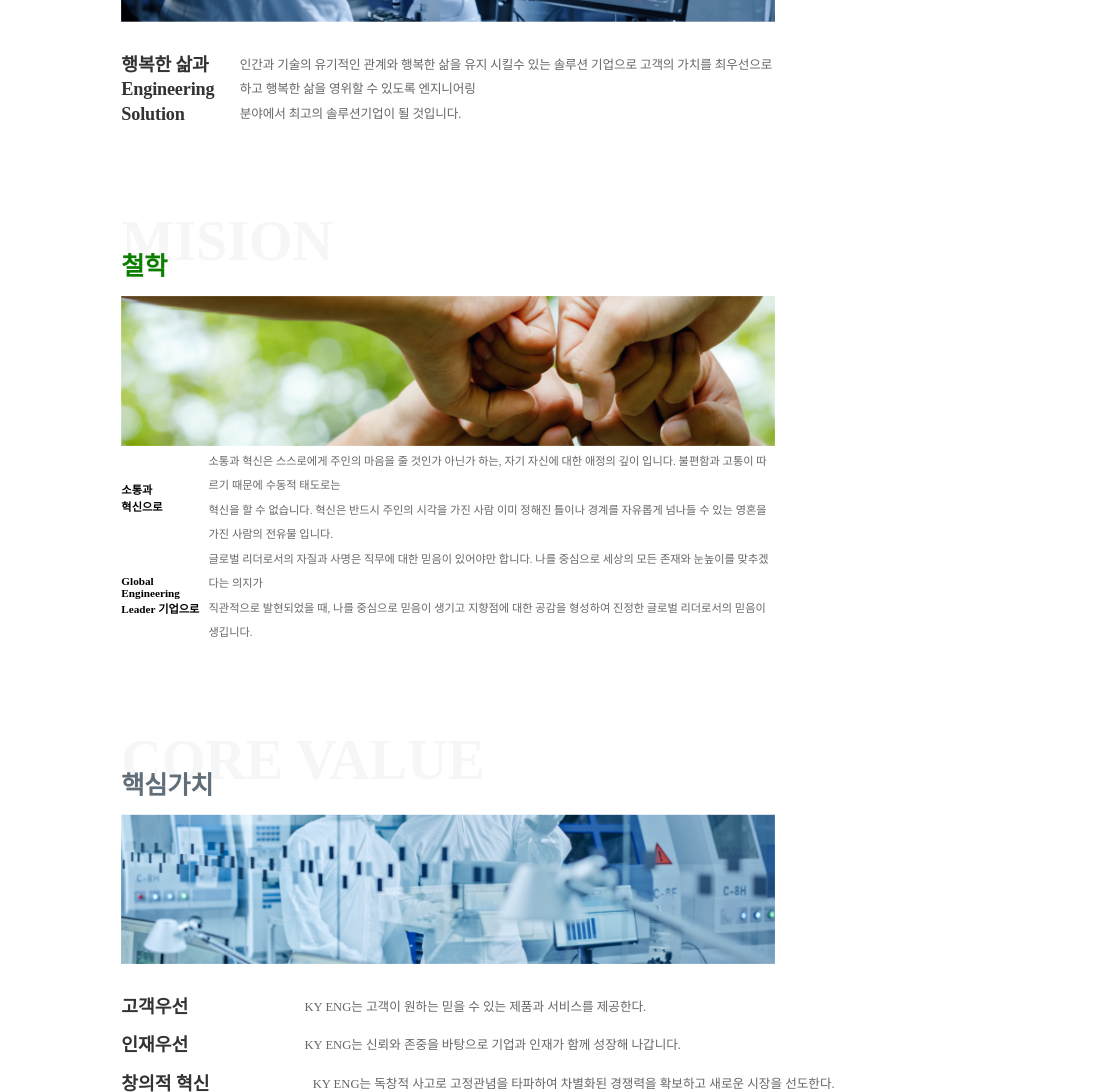
Repository: wogml3270/kumyoungENG
Page: sub/about/about_company.html
The author's editor kept a copy of each file at every save. The page is drawn from the files as they stood at one save, then again after the next save.
The browser window is 1280 px wide. The page is 1564 px wide, so the pictures cover 1564 px, including what lies to the right of the window. The pictures show the part of the page from y = 1130 to 2690 px (the page is 3033 px tall), at 70% of full size.
Some web fonts or font styles are not loaded; a fallback is used.

Above is the page before, as saved 2022-07-25 14:28:00.

### sub/about/about_company.html
<!DOCTYPE html>
<html lang="ko">
    <head>
        <meta charset="UTF-8" />
        <meta http-equiv="X-UA-Compatible" content="ie=edge" />
        <meta name="viewport" content="width=device-width, initial-scale=1.0" />
        <link rel="stylesheet" href="./../css/reset.css" />
        <link rel="stylesheet" href="./../css/about_company.css" />
        <link rel="stylesheet" href="./../css/about_banner.css">
        <link rel="stylesheet" href="./../css/snb_bar.css">
        <link rel="stylesheet" href="../../css/header.css">
        <link rel="stylesheet" href="../../css/footer.css">
        <link rel="stylesheet" href="/css/media.css">
        <script src="https://ajax.googleapis.com/ajax/libs/jquery/3.5.1/jquery.min.js"></script>
        <script src="http://ajax.aspnetcdn.com/ajax/jQuery/jquery-1.12.4.min.js"></script>
        <script src="https://code.jquery.com/jquery-1.12.4.min.js"></script>
        <script src="../../js/script.js"></script>
        <script src="../../js/snb_bar.js"></script>
        <title>회사소개_기업정신</title>
    </head>
    <body>
        <div id="header"></div>
        <div id="wrap">
            <div class="about-banner">
                <p>KUM YOUNG ENG</p>
                <span></span>
                <h3>회사소개</h3>
                <!-- <img src="./../images/company-banner-image.png" alt="배너 이미지"> -->
            </div>

            <div class="snb">
                <a href="/">homeimg</a>

                    <ul class="snb_box">
                        <li><a href="">회사소개<img src="./../images/Vector 1.png" alt=""></a></li>
                        <li>
                            <a href="/sub/about/about_company.html">기업정신<img src="./../images/Vector 1.png" alt=""></a>
                            <ol class="lnb">
                                <li><a href="/sub/about/about_greeting.html">인사말</a></li>
                                <!-- <li><a href="/sub/about/about_company.html">기업정신</a></li> -->
                                <li><a href="/sub/about/about_management.html">경영이념</a></li>
                                <li><a href="">ESG경영</a></li>
                                <li><a href="/sub/about/about_history.html">연혁</a></li>
                                <li><a href="/sub/about/about_org.html">조직도</a></li>
                                <li><a href="/sub/about/about_branch.html">지사/해외법인</a></li>
                                <li><a href="/sub/about/about_wayto.html">오시는길</a></li>
                            </ol>
                        </li>
                    </ul>
              </div>

            <section id="mind">
                <h2>기업정신</h2>

                <article class="vision">
                    <h3>VISION</h3>
                    <h4>비전</h4>

                    <img src="./../images/vision-image.png" alt="행복한 삶과 Engineering Solution">


                    <div class="firsttx">
                        <p>
                            행복한 삶과 <br />
                            Engineering Solution
                        </p>

                        <p>
                            인간과 기술의 유기적인 관계와 행복한 삶을 유지 시킬수 있는 솔루션 기업으로
                            고객의 가치를 최우선으로 하고 행복한 삶을 영위할 수 있도록 엔지니어링 <br />
                            분야에서 최고의 솔루션기업이 될 것입니다.
                        </p>
                    </div>
                </article>

                <article class="mission">
                    <h3>MISION</h3>
                    <h4>철학</h4>
                    <img src="./../images/mission-image.png" alt="소통과 혁신으로 Global Engineering Leader 기업으로">

                    <table class="secondtx">
                        <tr>
                            <th>
                                소통과 <br />
                                혁신으로
                            </th>

                            <td>
                                소통과 혁신은 스스로에게 주인의 마음을 줄 것인가 아닌가 하는, 자기 자신에 대한 애정의 깊이 입니다.
                                불편함과 고통이 따르기 때문에 수동적 태도로는 <br />
                                혁신을 할 수 없습니다. 혁신은 반드시 주인의 시각을 가진 사람 이미 정해진 틀이나
                                경계를 자유롭게 넘나들 수 있는 영혼을 가진 사람의 전유물 입니다.
                            </td>
                        </tr>

                        <div>
                            <th>
                                Global Engineering <br />
                                Leader 기업으로
                            </th>

                            <td>
                                글로벌 리더로서의 자질과 사명은 직무에 대한 믿음이 있어야만 합니다.
                                나를 중심으로 세상의 모든 존재와 눈높이를 맞추겠다는 의지가 <br />
                                직관적으로 발현되었을 때, 나를 중심으로 믿음이 생기고 지향점에 대한 공감을 형성하여
                                진정한 글로벌 리더로서의 믿음이 생깁니다.
                            </td>
                        </div>
                    </table>
                </article>

                <article class="core_value">
                    <h3>CORE VALUE</h3>
                    <h4>핵심가치</h4>

                    <img src="./../images/value-image.png" alt="핵심가치">
                    <div class="thirdtx">
                        <dl>
                            <dt>고객우선</dt>
                            <dd>KY ENG는 고객이 원하는 믿을 수 있는 제품과 서비스를 제공한다.</dd>
                        </dl>
                        <dl>
                            <dt>인재우선</dt>
                            <dd>KY ENG는 신뢰와 존중을 바탕으로 기업과 인재가 함께 성장해 나갑니다.</dd>
                        </dl>
                        <dl>
                            <dt>창의적 혁신</dt>
                            <dd>KY ENG는 독창적 사고로 고정관념을 타파하여 차별화된 경쟁력을 확보하고 새로운 시장을 선도한다.</dd>
                        </dl>
                        <dl>
                            <dt>변화선도</dt>
                            <dd>KY ENG 는 현실안주를 퇴보로 인식하고, 끊임없이 변화와 혁신을 추구해온 기업이며 세계시장을 리드하고 변화를 선도하는 기업이 되기 위해 노력합니다.</dd>
                        </dl>
                    </div>

                </article>
            </section>
        </div>
        <div id="footer"></div>
    </body>
</html>

### sub/css/reset.css
@charset "UTF-8";

* {
    margin: 0;
    padding: 0;
  }

  body,
  html {
    width: 100%;
    height: 100%;
    font-family: "Pretendard";
  }

  ul,
  li {
    list-style: none;
    text-decoration: none;
  }

  a:link,
  a:visited,
  a:hover,
  a:active {
    color: #fff;
    text-decoration: none;
  }

### sub/css/about_company.css
@charset "utf-8";

@import url("https://cdn.jsdelivr.net/gh/orioncactus/pretendard@v1.3.4/dist/web/static/pretendard.css");

table{
  border-collapse: collapse;
}
tr,th,td{
  text-align: left;
}
td{
  font-family: 'Pretendard';
  font-style: normal;
  font-weight: 400;
  line-height: 35px;
  color: #666666;
}

#wrap > img {
  width: 100%;
  height: auto;
}

#mind {
  width: 100%;
  padding-top: 110px;
}

#mind > h2 {
  color: #333;
  font-size: 24px;
  font-weight: 600;
  text-align: center;
}

article {
  width: 72.916%;
  margin-left: 13.5416%;
  margin-top: 120px;
}

article > h3 {
  color: #f6f6f6;
  font-size: 80px;
  font-weight: 800;
}

article > h4 {
  font-size: 36px;
  font-weight: 600;
  letter-spacing: -0.01em;
  position: relative;
  top: -40px;
}

article > img {
  width: 100%;
  margin-top: -20px;
}

.vision > h4 {
  color: #004170;
}

.firsttx {
  display: flex;
  flex-flow: row nowrap;
  justify-content: space-between;
  margin-top: 40px;
}
.firsttx > p {
  line-height: 35px;
  letter-spacing: -0.01em;
}
.firsttx > p:nth-child(1) {
  color: #333;
  font-size: 26px;
  font-weight: 600;
  margin-right: 10px;
}
.firsttx > p:nth-child(2) {
  color: #666;
  font-weight: 400;
  font-size: 18px;
}

.mission > h4 {
  color: #0B7E00;
}
.secondtx > div {
  display: flex;
  flex-flow: row nowrap;
  justify-content: flex-start;
  margin-top: 40px;
  line-height: 35px;
}

.secondtx > div > p {
  word-break: keep-all;
}

.secondtx > div:nth-child(1) > p:nth-child(1){
  margin-right: 249px;
}
.secondtx > div:nth-child(2) > p:nth-child(1){
  margin-right: 116px;
}

.secondtx > div > p:nth-child(1){
  color: #333;
  font-size: 26px;
  font-weight: 600;
}
.secondtx > div > p:nth-child(2){
  color: #666;
  font-size: 18px;
  font-weight: 400;
}

.core_value > h4 {
  color: #606E79;
}

.thirdtx {
  margin-top: 40px;
}

.thirdtx > dl {
  display: flex;
  flex-flow: row nowrap;
  justify-content: flex-start;
  margin-bottom: 20px;
}

.thirdtx > dl:last-child {
  margin-bottom: initial;
}

.thirdtx > dl > dt {
  color: #333;
  font-size: 26px;
  font-weight: 600;
  line-height: 35px;
  white-space: nowrap;
}

.thirdtx > dl > dd {
  color: #666;
  font-size: 18px;
  font-weight: 400;
  line-height: 35px;
  margin-left: 17.7857%;
  white-space: nowrap;
}

.thirdtx > dl:nth-child(3) > dd {
  margin-left: 15.7857%;
}

@media screen and (max-width: 899px){

  article{
    width: 80%;
    margin: 120px auto;
  }

  article > h3 {
    font-size: 50px;
  }

  article > h4 {
    font-size: 25px;
  }
  article > div > p:nth-child(1){
    font-size: 20px;
  }
  article > div > p:nth-child(2){
    font-size: 15px;
  }
  .firsttx{
      display: block;
  }
  .firsttx > p:nth-child(1) {
    font-size: 20px;
    margin-right: 0;
  }
  .firsttx > p:nth-child(2){
    font-size: 15px;
  }

  .secondtx > div {
    display: block;
    line-height: 29px;
  }
  .secondtx > div:nth-child(1) > p:nth-child(1){
    margin-right: 0;
    margin-bottom: 10px;
  }

  .secondtx > div:nth-child(2){
    display: block;
  }

  .secondtx > div > p > br {
    display: none;
  }
  .secondtx > div > p:nth-child(1){
    font-size: 20px;
    margin-right: 0;
  }

  .secondtx > div:nth-child(2) > p:nth-child(1) {
    margin-bottom: 10px;
    margin-right: 0;
  }

  .secondtx > div > p:nth-child(2){
    word-break: keep-all;
    font-size: 16px;
  }
  .thirdtx > dl{
    flex-direction: column;
    font-family: 'Pretendard';
    font-style: normal;
  }
  .thirdtx > dl > dt{
    font-size: 20px;
  }
  .thirdtx > dl > dd{
    font-size: 15px;
    margin-left: 3.5%;
    white-space: normal;
  }
  .thirdtx > dl:nth-child(3) > dd{
    margin-left: 3.5%;
  }

}

### sub/css/about_banner.css
@charset "UTF-8";

.about-banner{
    width: 100%;
    height: 500px;
    background: url(../../images/company-banner-image.png) no-repeat center center;
    background-size: cover;
    display: flex;
    flex-direction: column;
    align-items: center;
    justify-content: center;
  }
  .about-banner p{
    font-family: 'Pretendard';
    font-style: normal;
    font-weight: 400;
    font-size: 16px;
    line-height: 20px;
    text-align: center;
    letter-spacing: -0.01em;
    color: #FFFFFF;
  }
  .about-banner span{
    width: 40px;
    height: 1px;
    background: #FFFFFF;
    margin: 16px 0;
  }
  .about-banner h3{
    font-family: 'Pretendard';
    font-style: normal;
    font-weight: 700;
    font-size: 24px;
    line-height: 24px;
    text-align: center;
    letter-spacing: -0.01em;
    color: #FFFFFF;
  }

### sub/css/snb_bar.css
@charset "utf-8";

ul,li {
    list-style: none;
    text-decoration: none;
}

a:link,
a:visited,
a:hover,
a:active {
    color: #fff;
    text-decoration: none;
}

.snb {
    position: relative;
    top: -26px;
    width: 72.916%;
    height: 60px;
    margin: 0 auto;
    background-color: #fff;
    border: 1px solid #ddd;
    box-sizing: border-box;
    box-shadow: 0px 4px 15px rgba(0, 0, 0, 0.1);
    z-index: 1;
}

.snb > a {
    position: absolute;
    top: -1px;
    left: -1px;
    display: block;
    width: 65px;
    height: 60px;
    text-indent: -9999px;
    background-color: #004170;
    background-image: url(./../images/Group.png);
    background-position: center center;
    background-repeat: no-repeat;
}

.snb > a {
    display: block;
    width: 65px;
    height: 60px;
}

.snb_box {
    display: flex;
    flex-flow: row nowrap;
    /* margin-left: 20.5px; */
    margin-left: 64px;
    margin-top: 0;

}

.snb_box > li {
    position: relative;
    text-indent: 20.5px;
    /* text-indent: 30%; */
    width: 209px;
    height: 60px;
    line-height: 60px;
    border-right: 1px solid #ddd;
    box-sizing: border-box;
}

.snb_box > li > a {
    display: block;
    height: 60px;
    color: #333;
    font-family: 'Pretendard';
    font-style: normal;
    font-weight: 400;
    font-size: 16px;
}

.snb_box > li > a > img {
    position: absolute;
    top: 22.5px;
    left: 80%;

}

.snb_box > li:last-child > a:hover > img {
    transform: rotate(90deg);
    transition: 0.3s;
}

.lnb {
    display: none;
    position: absolute;
    width: 100%;
    padding: 0;
    border: 1px solid #DDDDDD;
    border-top: none;
    background-color: #fff;
}

.lnb > li > a {
    color: #333;
    display: block;
    font-family: 'Pretendard';
    font-style: normal;
    font-weight: 400;
    font-size: 16px;
}

.lnb > li > a:hover {
    background-color: #F5F5F5;
}

@media screen and (max-width: 899px){
    .snb{
        height: 40px;
    }
    .snb > a{
        width: 45px;
        height: 40px;
    }
    .snb_box > li{
        height: 40px;
        line-height: 40px;
    }
    .snb_box > li > a{
        height: 40px;
        font-size: 13px;
    }
    .snb_box > li > a > img{
        top: 13.5px;
    }
    .lnb > li > a{
        font-size: 13px;
    }
}

### css/footer.css
@charset "utf-8";

@import url("https://cdn.jsdelivr.net/gh/orioncactus/pretendard@v1.3.4/dist/web/static/pretendard.css");

body {
    margin: 0 auto;
    padding: 0;
}

footer {
    position: relative;
    width: 100%;
    height: 132px;
    font-family: 'Pretendard';
    font-size: 14px;
    font-weight: 400;
    background-color: #122B42;
    display: flex;
    align-items: center;
    justify-content: space-between;
    margin-top: 150px;
}

footer > address {
    color: #CECED5;
    line-height: 30px;
    font-style: normal;
    letter-spacing: -0.01em;
    margin-left: 13.663%;
}

footer > .footer-right{
    display: flex;
    flex-direction: column;
    align-items: flex-end;
    margin-right: 13.663%;
}
footer > .footer-right .logo {
    margin-bottom: 16px;
    display: block;
}

footer > .footer-right span {
    color: #CECED5;
}

### css/media.css
@charset "utf-8";

@media only screen and (min-width: 899px){
    .header_gnb_mobile{
        position: absolute;
        top: -9999px;
    }
}
    /* 모바일 가로, 타블렛 세로 */
@media only screen and (max-width: 899px) {

    /* header */
    .header{
        height: 120px;
        flex-direction: column;
    }
    .header > a{
        margin: 27px 10px 0 10px;
        z-index: 9999;
    }
    .header > a > img{
        width: 120px;
    }
    .header_gnb{
        display: none;
    }
    .header > .right{
        margin-right: 0;
        width: 100%;
    }
    .header > .right > .lang{
        position: absolute;
        top: 30px;
        left: 20px;
    }
    .header > .right > .lang > a{
        font-size: 11px;
    }
    .header_gnb_mobile{
        padding-top: 80px;
        width: 100%;
        background: #ffffff;
        position: absolute;
        top: 0;
    }
    .header_gnb_mobile > li{
        padding: 15px 20px;
        cursor: pointer;
        border-bottom: 1px solid #cccccc;
        position: relative;
    }
    .header_gnb_mobile > li::before{
        content: ">";
        position: absolute;
        right: 25px;
        font-family: 'Pretendard';
        font-style: normal;
        font-weight: 400;
        font-size: 20px;
        color: #9c9c9c;
        transform: rotate(90deg);
        transition: 0.3s;
    }
    .header_gnb_mobile > li > a{
        color: #333333;
        font-family: 'Pretendard';
        font-style: normal;
        font-weight: 400;
    }
    .header_gnb_mobile_toggle{
        display: block;
        z-index: 9999;
    }
    .header_gnb_mobile > li > ul > li{
        margin-left: 20px;
        margin-top: 5px;
    }
    .header_gnb_mobile > li > ul > li > a{
        position: relative;
        font-family: 'Pretendard';
        font-style: normal;
        font-weight: 400;
        font-size: 13px;
        line-height: 18px;
        letter-spacing: -0.01em;
        color: #5B5D7E;
    }
    .header_gnb_mobile > li > ul > li > a::before{
        content: "";
        background: #333333;
        width: 3px;
        height: 3px;
        border-radius: 50%;
        position: absolute;
        left: -11px;
        top: 6px;
    }

    /* main */
    .main_slide > ul > li{
        padding: 0;
        width: 25%;
        text-align: center;
    }
    .tab_menu{
        width: 100%;
    }
    .tab_menu .active::after{
        content: "";
        position: absolute;
        width: 95%;
        height: 63px;
        background: none;
        border: 3px solid #0b7e00;
        left: 10px;
        bottom: 0;
    }
    .tab_menu > .list{
        text-align: center;
        align-items: center;
        justify-content: center;
        flex-direction: column;
    }
    .tab_menu > .list > li{
        width: 100%;
        margin-right: 0;
        padding: 20px 0;
    }
    .tab_menu > .list > li.active{
        font-weight: 900;
    }
    .content01_area{
        height: 1078px;
    }
    .content01_box{
        flex-direction: column;
    }
    .content01_img{
        margin-right: 0;
        text-align: center;
    }
    .content01_img img{
        margin-right: 0;
    }
    .content01_img2 img{
        width: 90%;
    }
    .content01_caption{
        margin: 10px 0;
        width: 80%;
    }
    .content02{
        height: auto;
    }
    .content02 > h2{
        width: 100%;
        text-align: center;
    }
    .content02_box{
        flex-direction: column;
        justify-content: center;
        align-items: center;
        margin: 100px auto;
        gap: 60px;
        width: 90%;
    }
    .content02_box img{
        width: 100%;
    }
    .content02_txt_box{
        top: 172px;
        width: 90%;
        left: 20px;
    }

    .content03_box{
        width: 100%;
    }
    .content03_box_title{
        width: 80%;
    }
    .content03_box_sub{
        width: 80%;
    }

    /* footer */
    footer{
        flex-direction: column;
        justify-content: space-around;
        height: 250px;
    }
    footer > address{
        margin-left: 0;
        text-align: center;
        font-size: 16px;
        width: 80%;
    }
    footer > .footer-right{
        flex-direction: column;
        align-items: center;
        margin: 0 15px;
    }
}

### sub/about/footer.html
<footer>
    <address>
        금영이엔지 | 대전광역시 유성구 엑스포로 385, 본관동 1층,3층 (문지동) <br />
        Tel 042&ndash;824&ndash;5538 | Fax 042&ndash;824&ndash;5539 <br />
        사업자등록번호 314&ndash;81&ndash;92242
    </address>

    <div class="footer-right">
        <a href="#" class="logo">
            <img src="/images/logo-footer.svg" alt="">
        </a>
        <span>Copyright &copy; 2015 KUM YOUNG. All Rights Reserved.</span>
    </div>

</footer>

Loaded but not shown: js/script.js (36 lines, source omitted); js/snb_bar.js (14 lines, source omitted); sub/about/header.html (358 lines, source omitted); css/header.css (302 lines, source omitted)

After the next save:
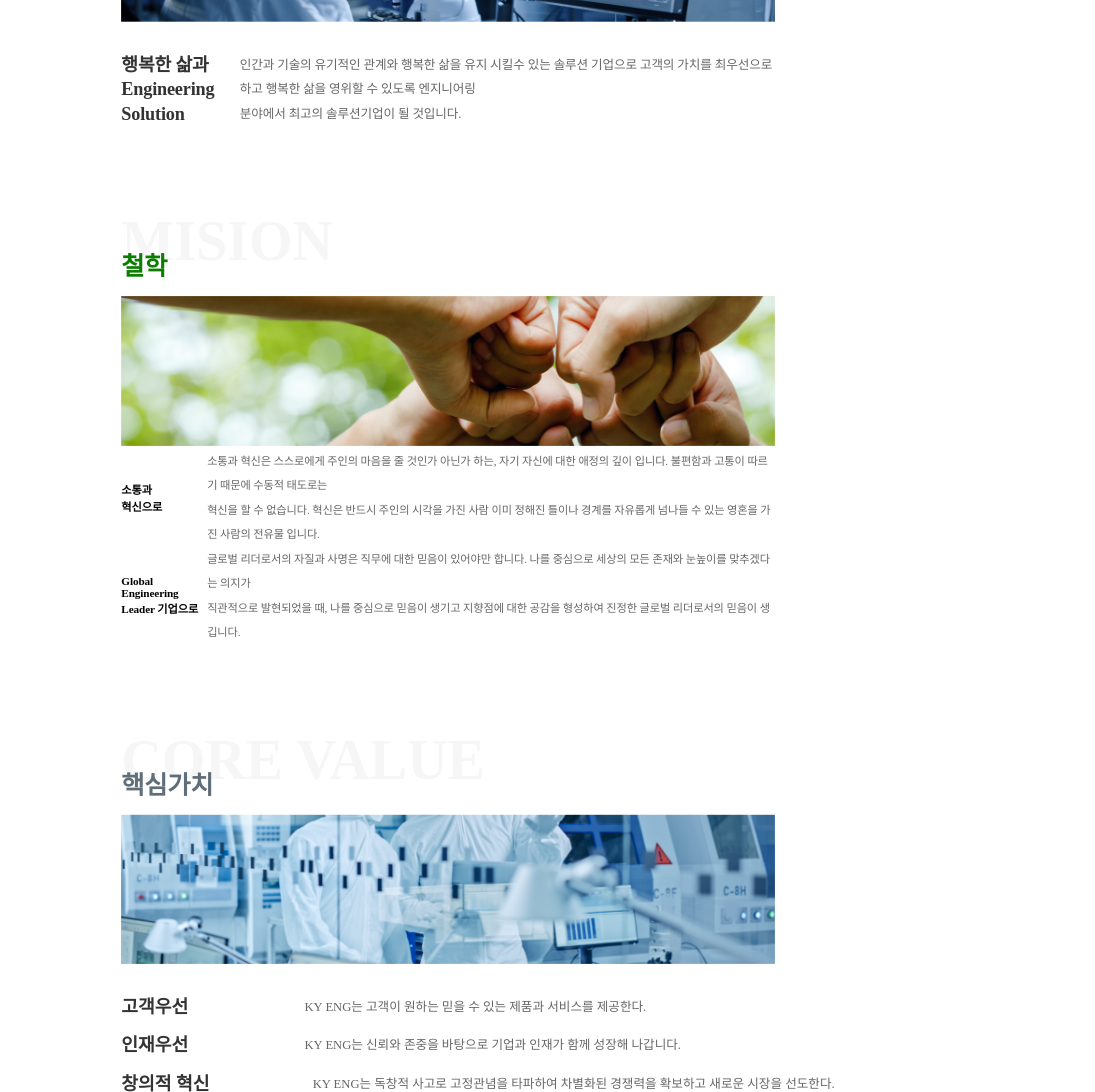
Saved 30 s later.
--- a/sub/css/about_company.css
+++ b/sub/css/about_company.css
@@ -7,6 +7,7 @@
 }
 tr,th,td{
   text-align: left;
+  letter-spacing: -0.01em;
 }
 td{
   font-family: 'Pretendard';
